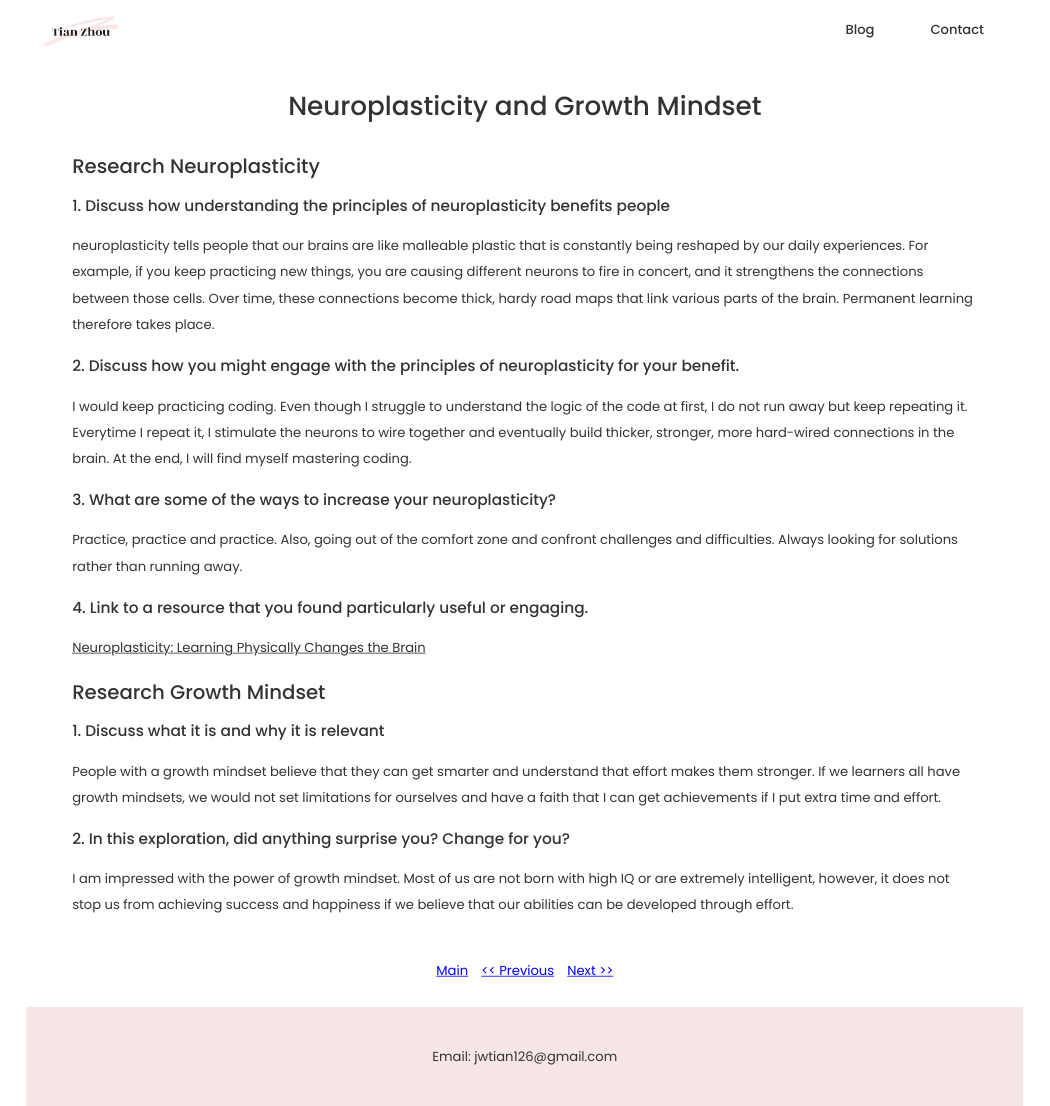
Repository: Tiaanz/Tiaanz.github.io
Page: blog/neuroplasticity.html
These files come from the project's save history. The page is drawn as it stood at one moment and after a run of saves; the edit follows.
The browser window is 1280 px wide. The pictures show the whole page, at 82% of full size.

Above is the page before, as saved 2023-01-30 14:36:30.

### blog/neuroplasticity.html
<!DOCTYPE html>
<html lang="en">

<head>
    <meta charset="UTF-8">
    <meta http-equiv="X-UA-Compatible" content="IE=edge">
    <meta name="viewport" content="width=device-width, initial-scale=1.0">
    <link rel="stylesheet" href="../styles/main.css">
    <link href="https://fonts.googleapis.com/css2?family=Poppins:wght@300;400;500;600;700;800&display=swap"
        rel="stylesheet">
    <title>Neuroplasticity and Growth Mindset</title>
</head>

<body>
    <div class="container">
        <header>
            <div class="logo">
                <a href="../index.html"><img src="../images/logo.png" alt="logo"></a>
            </div>
            <div class="nav">
                <a href="../index.html#blogs">Blog</a>
                <a href="#footer">Contact</a>
            </div>
        </header>
        <main class="main-blog">
            <h1>Neuroplasticity and Growth Mindset</h1>
            <h2>Research Neuroplasticity</h2>
            <h3>1. Discuss how understanding the principles of neuroplasticity benefits people</h3>
            <p>neuroplasticity tells people that our brains are like malleable plastic that is constantly being reshaped
                by our daily experiences. For example, if you keep practicing new things, you are causing different
                neurons to fire in concert, and it strengthens the connections between those cells. Over time, these
                connections become thick, hardy road maps that link various parts of the brain. Permanent learning
                therefore takes place.
            </p>
            <h3>2. Discuss how you might engage with the principles of neuroplasticity for your benefit.</h3>
            <p>I would keep practicing coding. Even though I struggle to understand the logic of the code at first, I do not run away but keep repeating it. Everytime I repeat it, I stimulate the neurons to wire together and eventually build thicker, stronger, more hard-wired connections in the brain. At the end, I will find myself mastering coding.</p>
            <h3>3. What are some of the ways to increase your neuroplasticity?</h3>
            <p>Practice, practice and practice. Also, going out of the comfort zone and confront challenges and difficulties. Always looking for solutions rather than running away.</p>
            <h3>4. Link to a resource that you found particularly useful or engaging.</h3>
            <p><a href="https://www.edutopia.org/neuroscience-brain-based-learning-neuroplasticity">Neuroplasticity: Learning Physically Changes the Brain</a></p>
            <h2>Research Growth Mindset</h2>
            <h3>1. Discuss what it is and why it is relevant</h3>
            <p>People with a growth mindset believe that they can get smarter and understand that effort makes them stronger. If we learners all have growth mindsets, we would not set limitations for ourselves and have a faith that I can get achievements if I put extra time and effort. </p>
            <h3>2. In this exploration, did anything surprise you? Change for you?</h3>
            <p>I am impressed with the power of growth mindset. Most of us are not born with high IQ or are extremely intelligent, however, it does not stop us from achieving success and happiness if we believe that our abilities can be developed through effort.</p>
            <h3></h3>
            <div class="page-nav">
                <a href="../index.html">Main</a>
                <a href="./emotional-intelligence.html"> &lt&lt Previous</a>
                <a href="#">Next >></a>
            </div>
        </main>
        <footer id="footer">
            <span>Email: jwtian126@gmail.com</span>
        </footer>
    </div>
</body>

</html>

### styles/main.css
* {
  margin: 0;
  padding: 0;
  box-sizing: border-box;
}

a {
  text-decoration: none;
  color: #333;
}



li{
  list-style: none;
}

img {
  max-width: 100%;
  height: auto;
  vertical-align: middle;
}

body {
  font-family: "Poppins", sans-serif;
  color: #333;
}

.container {
  display: flex;
  flex-direction: column;
  width: 95vw;
  margin: 0 auto;

}

header {
  display: flex;
  justify-content: space-between;
  align-items: center;
  padding: 1rem;
}

.logo {
  width: 100px;
  height: auto;
}



.nav a {
  margin: 0 1rem;
  padding: 0 1rem;
  font-weight: 500;
}

.nav a:hover {
  background-color: #f6e7e6;
}

main {
  display: flex;
  padding: 2rem 3rem;
}

main .profile-image {
  width: 100%;
  flex: 1.5;
  margin-right: 2rem;

}

main .introduction {
  flex: 1;
}

main .introduction h1 {
  margin-bottom: 1.5rem;
  font-weight: 500;
  font-size: 2.5rem;
}

main .introduction p {
  line-height: 2rem;
}

.blogs{
  display: flex;
  padding:1rem 3rem;
  margin-bottom: 2rem;

}

.blogs .tech-blog, .blogs .core-blog {
  flex:1;
  padding:0 3px;
  margin:0 3rem;
  text-align: center;
  border:2px solid #f6e7e6;
  border-radius: 20px;
}



.blogs h3{
  margin: 1rem 0;
  font-weight: 600;
  text-align: center;

}



.blogs a{
  text-decoration: underline;
  line-height: 2rem;
}

.main-blog{
    flex-direction: column;
    align-self: center;
    max-width: 1200px;
}

.main-blog h1{
  margin-bottom: 1rem;
  text-align: center;
  font-size: 2rem;
  font-weight: 500;

}

.main-blog h2{
  font-weight: 500;
  margin-top:1rem ;
}

.main-blog h3{
  font-weight: 500;
  margin:1rem 0;
}

.main-blog ul li{
  margin-bottom: 0.5rem;
}

.main-blog .css-image{
 max-width: 300px;
 margin: 1rem 0;
}

.main-blog .div-image{
  max-width: 600px;
  margin-top: 1rem;
 }

 .main-blog p{
  margin: 0.2rem 0;
  line-height: 2rem;
 }

 .main-blog a{
  text-decoration: underline;
 }

 .main-blog .page-nav{
  margin-top: 1rem;
  display: flex;
  gap:1rem;
  justify-content: center;
 }

 .main-blog .page-nav a{
  color:blue;
  text-decoration: underline;
 }

footer {
  padding: 3rem;
  background-color: #f6e7e6;
  text-align: center;
}

@media screen and (max-width: 1200px) {
  main {
    flex-direction: column;
  }

  main .introduction h1 {
    margin-top: 1rem;
    text-align: center;
  }

  main .introduction p {
    line-height: 2rem;
  }

  .blogs{
  flex-direction: column;
  gap:2rem;
  }

  .blogs .tech-blog, .blogs .core-blog{
    margin:0;
  }

}

@media screen and (max-width: 768px) {
  main {
    padding: 2rem;
  }

  main .introduction h1 {
    font-size: 2rem;
  }

  .main-blog h1{
    font-size: 1.5rem;
  }
}

@media screen and (max-width: 400px) {

    .nav a {
        margin: 0;
        padding: 0 0.4rem;
      }

      .blogs a{
        line-height: 2.5rem;
      }

  }

@media screen and (max-width: 320px) {


  main .introduction h1 {
    font-size: 1rem;
    margin-bottom: 1rem;
  }

  .main-blog h1{
    font-size: 1.2rem;
  }
}

After the next 2 saves:
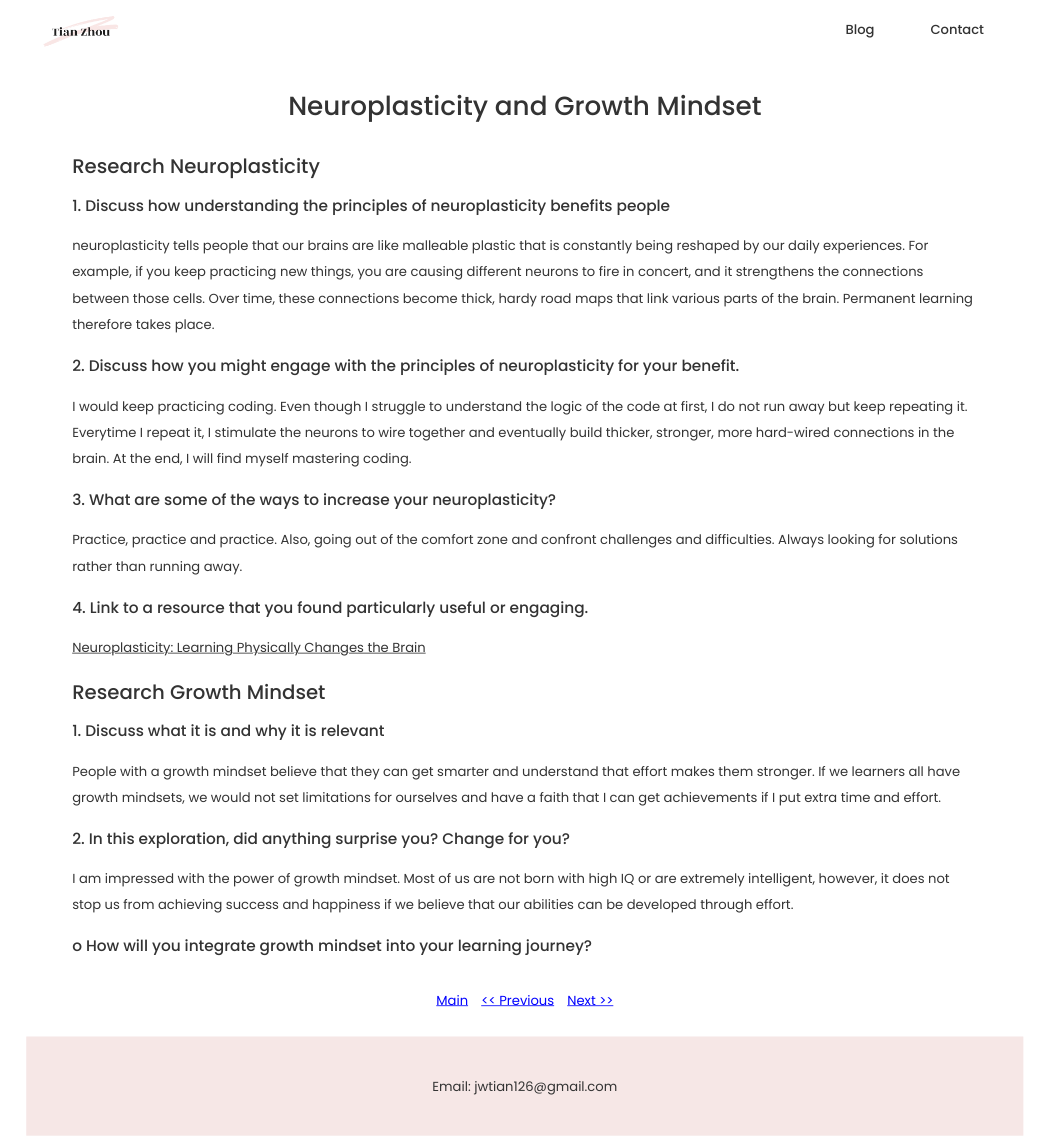
The 2 saves are shown as one change because they came seconds apart.
The last was saved 13 s later.
--- a/blog/neuroplasticity.html
+++ b/blog/neuroplasticity.html
@@ -43,7 +43,8 @@
             <p>People with a growth mindset believe that they can get smarter and understand that effort makes them stronger. If we learners all have growth mindsets, we would not set limitations for ourselves and have a faith that I can get achievements if I put extra time and effort. </p>
             <h3>2. In this exploration, did anything surprise you? Change for you?</h3>
             <p>I am impressed with the power of growth mindset. Most of us are not born with high IQ or are extremely intelligent, however, it does not stop us from achieving success and happiness if we believe that our abilities can be developed through effort.</p>
-            <h3></h3>
+            <h3>o	How will you integrate growth mindset into your learning journey?</h3>
+            <p></p>
             <div class="page-nav">
                 <a href="../index.html">Main</a>
                 <a href="./emotional-intelligence.html"> &lt&lt Previous</a>
